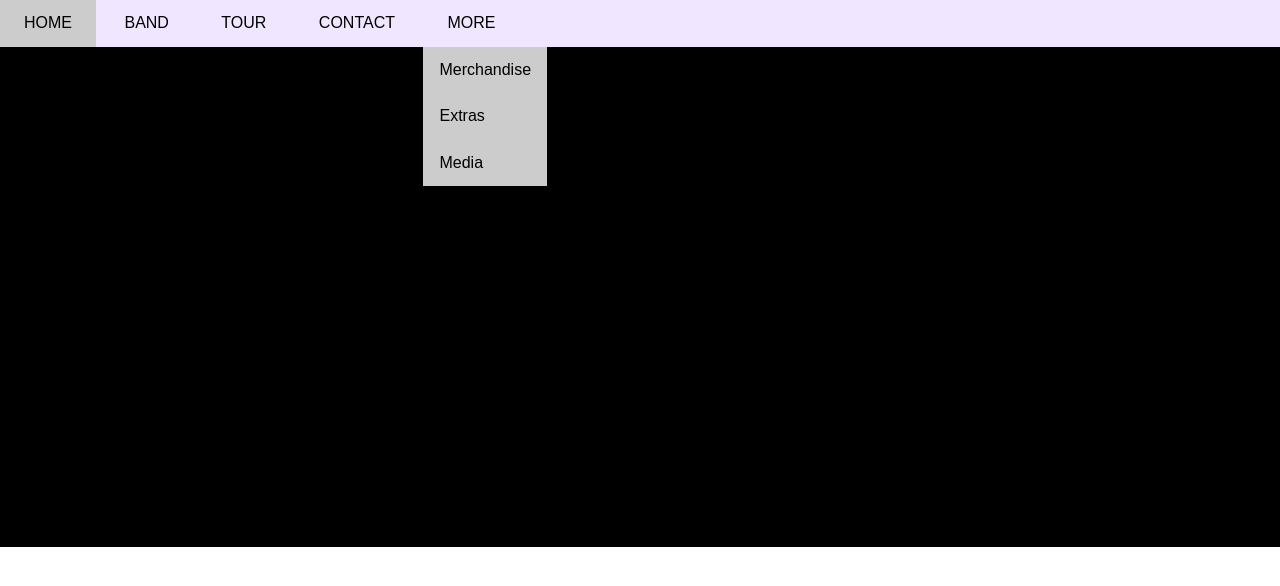
Repository: Ducspdn/WeTheBandF8
Page: w3_band/index.html
An editor plug-in stored every save of this project. The page is shown before and after the next save, followed by the edit.
The browser window is 1280 px wide. The pictures show the whole page.

Above is the page before, as saved 2023-01-16 22:22:12.

After the next save:
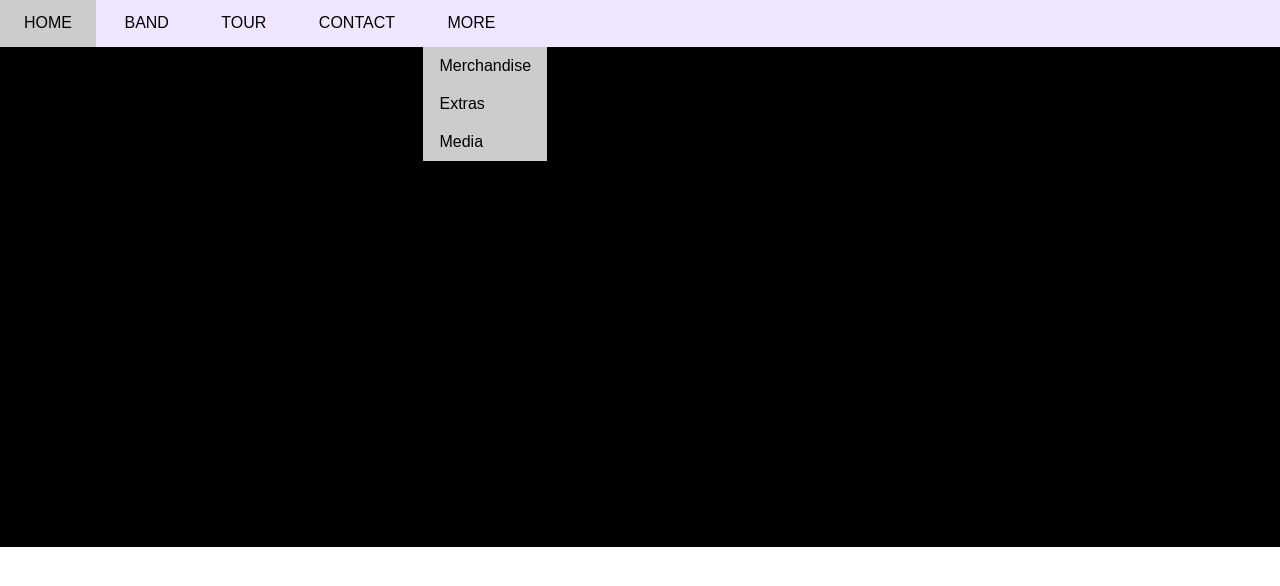
Saved 3 min 54 s later.
--- a/w3_band/assets/css/style.css
+++ b/w3_band/assets/css/style.css
@@ -77,6 +77,7 @@ html{
     padding-bottom : 0px;
     padding-left : 16px ;
     padding-right : 16px ;
+    line-height: 38px;
 }
 #nav .subnav li:hover{
     color : black ;
